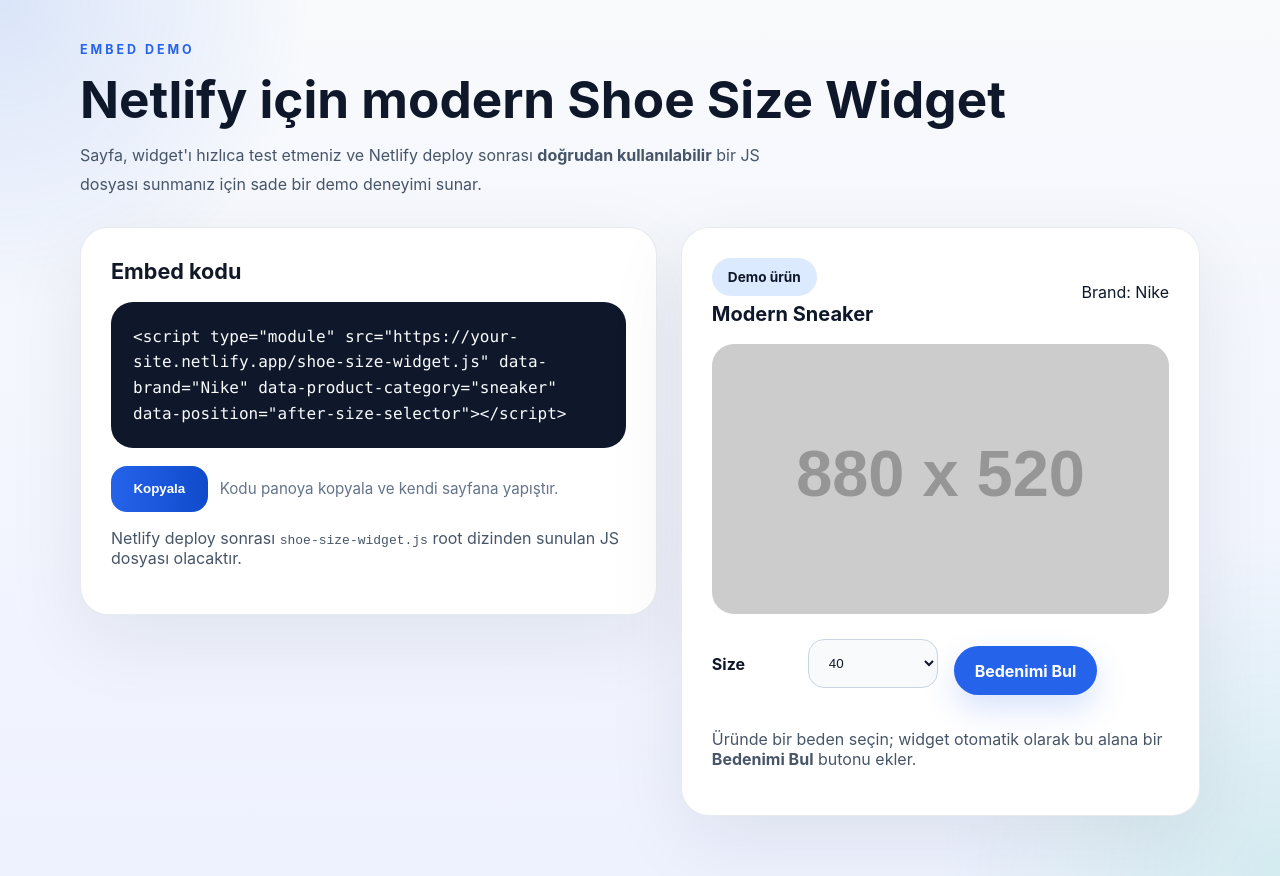
Repository: h-kod/sizeselect
Page: /
These files come from the project's save history. The page is drawn as it stood at one moment and after the next save; the edit follows.
The browser window is 1280 px wide. The pictures show the whole page.
The project was rebuilt for these pictures with package versions that can differ from the ones it lists, and the page was loaded fresh each time. Also part of the build but not shown: vite.config.ts.

Above is the page before, as saved 2026-06-07 05:17:52.

### index.html
<!doctype html>
<html lang="tr">
  <head>
    <meta charset="utf-8" />
    <meta name="viewport" content="width=device-width, initial-scale=1.0" />
    <title>Shoe Size Widget Demo</title>
    <style>
      :root {
        color-scheme: light;
        color: #0f172a;
        background: #f8fafc;
        font-family: Inter, ui-sans-serif, system-ui, -apple-system, BlinkMacSystemFont, "Segoe UI", sans-serif;
      }
      * {
        box-sizing: border-box;
      }
      html, body {
        margin: 0;
        min-height: 100vh;
        overflow-x: hidden;
      }
      body {
        background: radial-gradient(circle at top left, rgba(37,99,235,0.14), transparent 20%),
          radial-gradient(circle at bottom right, rgba(16,185,129,0.12), transparent 22%),
          linear-gradient(180deg, #f8fafc 0%, #eef2ff 100%);
      }
      main {
        max-width: 1160px;
        margin: 0 auto;
        padding: 42px 20px 60px;
      }
      .hero-headline {
        display: grid;
        gap: 16px;
        margin-bottom: 28px;
      }
      .eyebrow {
        display: inline-flex;
        align-items: center;
        gap: 0.45rem;
        color: #2563eb;
        font-size: 0.78rem;
        font-weight: 700;
        letter-spacing: 0.24em;
        text-transform: uppercase;
      }
      h1 {
        margin: 0;
        font-size: clamp(2.6rem, 4vw, 3.8rem);
        line-height: 1.02;
      }
      .lede {
        margin: 0;
        max-width: 46rem;
        color: #475569;
        font-size: 1rem;
        line-height: 1.8;
      }
      .grid-2 {
        display: grid;
        gap: 24px;
        min-width: 0;
      }
      .card {
        background: #ffffff;
        border: 1px solid rgba(148, 163, 184, 0.22);
        border-radius: 28px;
        box-shadow: 0 24px 80px rgba(15, 23, 42, 0.08);
        padding: 30px;
        min-width: 0;
      }
      .card h2 {
        margin-top: 0;
        margin-bottom: 18px;
        font-size: 1.35rem;
        color: #111827;
      }
      .code-block {
        margin: 0;
        padding: 22px;
        border-radius: 22px;
        background: #0f172a;
        color: #f8fafc;
        font-family: ui-monospace, SFMono-Regular, Menlo, Monaco, Consolas, "Liberation Mono", "Courier New", monospace;
        line-height: 1.6;
        white-space: pre-wrap;
        word-break: break-word;
      }
      .card-actions {
        margin-top: 18px;
        display: flex;
        flex-wrap: wrap;
        gap: 12px;
        align-items: center;
      }
      .copy-button {
        border: none;
        border-radius: 16px;
        padding: 0.95rem 1.4rem;
        background: linear-gradient(90deg, #2563eb, #0f4bcb);
        color: #fff;
        cursor: pointer;
        font-weight: 700;
        transition: transform .16s ease, filter .16s ease;
      }
      .copy-button:hover {
        transform: translateY(-1px);
        filter: brightness(1.05);
      }
      .copy-note {
        color: #64748b;
        font-size: 0.95rem;
      }
      .product-panel {
        display: grid;
        gap: 18px;
        min-width: 0;
      }
      .product-meta {
        display: flex;
        flex-wrap: wrap;
        justify-content: space-between;
        align-items: center;
        gap: 14px;
        min-width: 0;
      }
      .tag {
        display: inline-flex;
        padding: 0.7rem 1rem;
        border-radius: 999px;
        color: #0f172a;
        background: #dbeafe;
        font-size: 0.85rem;
        font-weight: 700;
      }
      .product-meta strong {
        display: block;
        margin-top: 6px;
        font-size: 1.25rem;
      }
      .product-panel img {
        width: 100%;
        border-radius: 22px;
        min-height: 230px;
        object-fit: cover;
      }
      .control-row {
        display: flex;
        flex-wrap: wrap;
        gap: 16px;
        align-items: center;
      }
      .control-row label {
        font-weight: 700;
        min-width: 80px;
      }
      .control-row select {
        min-width: 130px;
        padding: 0.95rem 1rem;
        border-radius: 16px;
        border: 1px solid #cbd5e1;
        background: #f8fafc;
        color: #0f172a;
      }
      .note {
        margin-top: 16px;
        color: #475569;
      }
      @media (min-width: 960px) {
        .grid-2 {
          grid-template-columns: 1fr 0.9fr;
          align-items: start;
        }
      }
      @media (max-width: 780px) {
        main {
          padding: 30px 16px 40px;
        }
        .grid-2 {
          grid-template-columns: 1fr;
        }
      }
      @media (max-width: 520px) {
        .card {
          padding: 24px;
        }
        .copy-button {
          width: 100%;
          justify-content: center;
        }
      }
    </style>
  </head>
  <body>
    <main>
      <section class="hero-headline">
        <span class="eyebrow">Embed demo</span>
        <h1>Netlify için modern Shoe Size Widget</h1>
        <p class="lede">Sayfa, widget'ı hızlıca test etmeniz ve Netlify deploy sonrası <strong>doğrudan kullanılabilir</strong> bir JS dosyası sunmanız için sade bir demo deneyimi sunar.</p>
      </section>

      <section class="grid-2">
        <article class="card">
          <h2>Embed kodu</h2>
          <pre class="code-block" id="embed-snippet">&lt;script type="module" src="https://your-site.netlify.app/shoe-size-widget.js" data-brand="Nike" data-product-category="sneaker" data-position="after-size-selector"&gt;&lt;/script&gt;</pre>
          <div class="card-actions">
            <button class="copy-button" id="copy-snippet">Kopyala</button>
            <span class="copy-note">Kodu panoya kopyala ve kendi sayfana yapıştır.</span>
          </div>
          <p class="note">Netlify deploy sonrası <code>shoe-size-widget.js</code> root dizinden sunulan JS dosyası olacaktır.</p>
        </article>

        <article class="card product-panel">
          <div class="product-meta">
            <div>
              <span class="tag">Demo ürün</span>
              <strong>Modern Sneaker</strong>
            </div>
            <span>Brand: Nike</span>
          </div>
          <img src="https://via.placeholder.com/880x520?text=Modern+Sneaker" alt="Modern Sneaker" />
          <div class="control-row">
            <label for="size-select">Size</label>
            <select id="size-select" name="size">
              <option>40</option>
              <option>41</option>
              <option>42</option>
              <option>42.5</option>
              <option>43</option>
              <option>44</option>
            </select>
          </div>
          <p class="note">Üründe bir beden seçin; widget otomatik olarak bu alana bir <strong>Bedenimi Bul</strong> butonu ekler.</p>
        </article>
      </section>
    </main>

    <script>
      const copyButton = document.getElementById('copy-snippet');
      const snippet = document.getElementById('embed-snippet');
      copyButton?.addEventListener('click', () => {
        const text = snippet?.textContent?.trim();
        if (!text) return;
        navigator.clipboard.writeText(text).then(() => {
          copyButton.textContent = 'Kopyalandı';
          setTimeout(() => { copyButton.textContent = 'Kopyala'; }, 1400);
        });
      });
    </script>

    <script type="module" src="/src/widget/embed.ts" data-brand="Nike" data-product-category="sneaker" data-position="after-size-selector"></script>
  </body>
</html>

### src/widget/embed.ts
import React from 'react'
import { createRoot } from 'react-dom/client'
import ShoeSizeWidget from './ShoeSizeWidget'
import cssText from '../styles/widget.css?inline'

function injectIntoShadow(rootEl:HTMLElement, brand:string){
  const host = document.createElement('div')
  const shadow = host.attachShadow({mode:'open'})
  const style = document.createElement('style')
  style.textContent = cssText
  shadow.appendChild(style)
  const mount = document.createElement('div')
  shadow.appendChild(mount)
  rootEl.appendChild(host)
  const r = createRoot(mount)
  r.render(React.createElement(ShoeSizeWidget,{targetBrand:brand}))
}

function findInsertTarget(position:string){
  if(position === 'after-size-selector'){
    const sel = document.querySelector('select[name*="size"], select[id*="size"], select')
    if(sel && sel.parentElement) return sel.parentElement
  }
  return document.body
}

function init(){
  const script = document.currentScript as HTMLScriptElement | null
  const brand = script?.dataset.brand || 'Nike'
  const pos = script?.dataset.position || 'after-size-selector'
  const target = findInsertTarget(pos)
  if(!target) return
  // create small link if there's no obvious size area
  const wrapper = document.createElement('div')
  wrapper.style.display = 'inline-flex'
  wrapper.style.alignItems = 'center'
  wrapper.style.justifyContent = 'center'
  wrapper.style.marginTop = '14px'
  const link = document.createElement('a')
  link.textContent = 'Bedenimi Bul'
  link.href = '#'
  link.className = 'ssw-open-link'
  link.setAttribute('role','button')
  link.style.cssText = 'display:inline-flex;align-items:center;justify-content:center;padding:0.9rem 1.3rem;border-radius:999px;background:#2563eb;color:#fff;text-decoration:none;font-weight:700;box-shadow:0 14px 32px rgba(37,99,235,0.18);transition:transform .16s ease,filter .16s ease;'
  link.onmouseover = ()=>{ link.style.transform = 'translateY(-1px)'; link.style.filter = 'brightness(1.05)' }
  link.onmouseout = ()=>{ link.style.transform = 'none'; link.style.filter = 'none' }
  link.onclick = (e)=>{ e.preventDefault(); injectIntoShadow(wrapper, brand); document.querySelector('.ssw-open-link')?.remove() }
  wrapper.appendChild(link)
  target.appendChild(wrapper)
}

init()

### src/widget/ShoeSizeWidget.tsx
import React, { useEffect, useMemo, useState } from 'react'
import Drawer from './drawer'
import BrandSelector from '../components/BrandSelector'
import SizeSelector from '../components/SizeSelector'
import FitPreference from '../components/FitPreference'
import ResultCard from '../components/ResultCard'
import FootMeasureForm from '../components/FootMeasureForm'
import { toCm, findNearestSizeByCm, applyFitPreference } from '../utils/sizeConverter'
import { brandSizeProfiles } from '../data/brandSizeProfiles'
import { brandMeta } from '../data/brandMeta'
import { trySelectSize } from '../utils/domIntegration'

const SIZE_OPTIONS = {
  EU: ['40','41','42','42.5','43','44'],
  US: ['7','8','8.5','9','9.5','10'],
  UK: ['6','7','8','9','10'],
  CM: ['25.5','26','26.5','27','27.5']
}
const TARGET_BRANDS = ['Nike','Adidas','Puma','New Balance'] as const

export default function ShoeSizeWidget({targetBrand}:{targetBrand:string}){
  const [open,setOpen] = useState(true)
  const [fromBrand,setFromBrand] = useState('Adidas')
  const [system,setSystem] = useState<'EU'|'US'|'UK'|'CM'>('EU')
  const [value,setValue] = useState('42')
  const [fit,setFit] = useState('normal')
  const [measuredCm,setMeasuredCm] = useState<number|undefined>()
  const [selectedTargetBrand,setSelectedTargetBrand] = useState(targetBrand)
  const profile = (brandSizeProfiles as any)[selectedTargetBrand]

  useEffect(()=>{
    const stored = window.localStorage.getItem('shoe-size-widget')
    if(stored){
      try{
        const parsed = JSON.parse(stored)
        setFromBrand(parsed.fromBrand || 'Adidas')
        setSystem(parsed.system || 'EU')
        setValue(parsed.value || '42')
        setFit(parsed.fit || 'normal')
        setSelectedTargetBrand(parsed.targetBrand || selectedTargetBrand)
      }catch{}
    }
  }, [])

  useEffect(()=>{
    window.localStorage.setItem('shoe-size-widget', JSON.stringify({fromBrand,system,value,fit,targetBrand:selectedTargetBrand}))
  }, [fromBrand,system,value,fit,selectedTargetBrand])

  useEffect(()=>{ console.log('event','widget_opened') },[])

  const result = useMemo(()=>{
    let cm:number| null = null
    if(measuredCm) cm = measuredCm
    else cm = toCm(fromBrand, Number(value), system)
    if(!cm) return null
    const nearest = findNearestSizeByCm(selectedTargetBrand, cm)
    if(!nearest) return null
    let eu = nearest.eu + ((profile?.offsetFromStandard)||0)
    eu = applyFitPreference(eu, fit)
    const alt = eu - 0.5
    const confidence = measuredCm ? 92 : 80
    return {
      summary: `${fromBrand} ${system} ${value} giyiyorsan, ${selectedTargetBrand} için önerilen numaran:`,
      recommended: `EU ${eu}`,
      alternative: `EU ${alt}`,
      fitNote: profile?.fitNote,
      confidence
    }
  },[fromBrand,system,value,fit,measuredCm,selectedTargetBrand,profile])

  const [showMeasure, setShowMeasure] = useState(false)

  const apply = ()=>{
    if(!result) return
    const normalized = result.recommended.replace('EU ','').trim()
    const ok = trySelectSize(normalized)
    console.log('event','size_selected',{ok,recommended:result.recommended})
    if(!ok) alert(`Bu ürün için önerilen bedenin: ${result.recommended}`)
  }

  return (
    <div>
      <Drawer open={open} onClose={()=>{setOpen(false); console.log('event','widget_closed')}}>
        <div className="ssw-stepper">
          <span className="ssw-step active">Marka</span>
          <span className="ssw-step">Beden</span>
          <span className="ssw-step">Fit</span>
        </div>

        <div className="ssw-section">
          <label className="ssw-label">Hedef marka</label>
          <div className="ssw-chip" style={{marginBottom:12}}>{selectedTargetBrand}</div>
          <p className="ssw-section-note">Bu üründe geçerli olan hedef marka üzerinden öneri hesaplanıyor.</p>
        </div>

        <div className="ssw-section">
          <BrandSelector value={fromBrand} onChange={setFromBrand} />
        </div>

        <div className="ssw-section">
          <label className="ssw-label">Beden sistemin</label>
          <div className="ssw-pill-group" style={{marginBottom:12}}>
            {(['EU','US','UK','CM'] as const).map(mode => (
              <button key={mode} type="button" className={`ssw-pill ${system===mode? 'active':''}`} onClick={()=>setSystem(mode)}>{mode}</button>
            ))}
          </div>
          <SizeSelector system={system} options={SIZE_OPTIONS[system]} value={value} onChange={setValue} />
        </div>

        <FitPreference value={fit} onChange={setFit} />

        <div className="ssw-section" style={{display:'flex',justifyContent:'space-between',alignItems:'center',gap:12}}>
          <p className="ssw-label" style={{margin:0}}>Ayağımı ölçerek daha doğrusu</p>
          <button type="button" className="ssw-secondary" onClick={()=>setShowMeasure(prev=>!prev)}>{showMeasure ? 'Kapat' : 'Aç'}</button>
        </div>
        {showMeasure && <FootMeasureForm onMeasure={(cm)=>{ setMeasuredCm(cm); console.log('event','size_calculated') }} />}

        {result && (
          <div className="ssw-section">
            <div className="ssw-description">{result.summary}</div>
            <ResultCard recommended={result.recommended} alternative={result.alternative} fitNote={result.fitNote} confidence={result.confidence} />
          </div>
        )}

        <div className="ssw-section" style={{marginTop:16}}>
          <button className="ssw-button" onClick={apply}>Bu bedeni seç</button>
        </div>
      </Drawer>
    </div>
  )
}

### src/components/BrandSelector.tsx
import React from 'react'
import { brandMeta } from '../data/brandMeta'

const BRANDS = Object.keys(brandMeta) as Array<keyof typeof brandMeta>

export default function BrandSelector({value,onChange}:{value:string,onChange:(v:string)=>void}){
  return (
    <div className="ssw-section">
      <label className="ssw-label">Daha önce hangi markayı giydin?</label>
      <div className="ssw-brand-grid">
        {BRANDS.map(b => {
          const meta = brandMeta[b]
          return (
            <button key={b} type="button" className={`ssw-brand-card ${value===b? 'active':''}`} onClick={()=>onChange(b)}>
              <span className="ssw-brand-avatar" style={{backgroundColor:meta.color}}>{meta.label}</span>
              <span>
                <strong>{meta.display}</strong>
                <small>{meta.caption}</small>
              </span>
            </button>
          )
        })}
      </div>
    </div>
  )
}

### src/components/SizeSelector.tsx
import React from 'react'

export default function SizeSelector({system,options,value,onChange}:{system:string,options:number[]|string[],value:string,onChange:(v:string)=>void}){
  return (
    <div className="ssw-section">
      <label className="ssw-label">Mevcut numaran</label>
      <div className="ssw-chip">{system}</div>
      <select className="ssw-select" value={value} onChange={e=>onChange(e.target.value)}>
        {options.map(o=> <option key={String(o)} value={String(o)}>{String(o)}</option>)}
      </select>
    </div>
  )
}

### src/components/FitPreference.tsx
import React from 'react'

export default function FitPreference({value,onChange}:{value:string,onChange:(v:string)=>void}){
  const opts = [{k:'dar',t:'Dar seviyorum'},{k:'normal',t:'Tam otursun'},{k:'rahat',t:'Rahat olsun'},{k:'tarakli',t:'Ayağım taraklı'}]
  return (
    <div className="ssw-section">
      <label className="ssw-label">Fit tercihin</label>
      <div className="ssw-pill-group">
        {opts.map(o=> (
          <button key={o.k} type="button" className={`ssw-pill ${value===o.k? 'active':''}`} onClick={()=>onChange(o.k)}>{o.t}</button>
        ))}
      </div>
    </div>
  )
}

### src/components/FootMeasureForm.tsx
import React, { useState } from 'react'

export default function FootMeasureForm({onMeasure}:{onMeasure:(cm:number)=>void}){
  const [val,setVal] = useState('26.5')
  return (
    <div className="ssw-section">
      <label className="ssw-label">Ayağını CM olarak gir</label>
      <div className="ssw-tile">
        <div style={{display:'flex',gap:12,flexWrap:'wrap',alignItems:'center'}}>
          <input
            className="ssw-input"
            type="number"
            min="18"
            max="35"
            step="0.5"
            value={val}
            onChange={e=>setVal(e.target.value)}
            placeholder="26.5"
          />
          <span style={{fontWeight:700,color:'#334155'}}>cm</span>
          <button type="button" className="ssw-button" onClick={()=>onMeasure(Number(val))}>Hesapla</button>
        </div>
        <p className="ssw-section-note">Topuğunu duvara yasla, en uzun parmağa kadar ölç. Sonra değeri gir.</p>
      </div>
    </div>
  )
}

### src/data/brandSizeProfiles.ts
export const brandSizeProfiles = {
  Nike: {
    fitNote: 'Genellikle dar/standart kalıp. Bazı modellerde yarım numara büyük tercih edilebilir.',
    offsetFromStandard: 0.5,
    sizes: [
      { eu: 40, us_m: 7, uk_m: 6, cm: 25 },
      { eu: 41, us_m: 8, uk_m: 7, cm: 26 },
      { eu: 42, us_m: 8.5, uk_m: 7.5, cm: 26.5 },
      { eu: 42.5, us_m: 9, uk_m: 8, cm: 27 },
      { eu: 43, us_m: 9.5, uk_m: 8.5, cm: 27.5 }
    ]
  },
  Adidas: {
    fitNote: 'Genellikle standart kalıp. Nike’a göre bazı modellerde biraz daha geniş hissedilebilir.',
    offsetFromStandard: 0,
    sizes: [
      { eu: 40, us_m: 7, uk_m: 6, cm: 25.2 },
      { eu: 41, us_m: 8, uk_m: 7, cm: 26.1 },
      { eu: 42, us_m: 8.5, uk_m: 7.5, cm: 26.6 },
      { eu: 42.5, us_m: 9, uk_m: 8, cm: 27.1 },
      { eu: 43, us_m: 9.5, uk_m: 8.5, cm: 27.6 }
    ]
  }
} as const

### src/data/brandMeta.ts
export const brandMeta = {
  Nike: { label: 'NI', display: 'Nike', color: '#111111', caption: 'Hafif dar kalıp' },
  Adidas: { label: 'AD', display: 'Adidas', color: '#000000', caption: 'Standart kalıp' },
  Puma: { label: 'PU', display: 'Puma', color: '#d62828', caption: 'Sportif ve sıkı' },
  'New Balance': { label: 'NB', display: 'New Balance', color: '#1f2937', caption: 'Rahat günlük kullanıma' },
  Converse: { label: 'CV', display: 'Converse', color: '#0f172a', caption: 'Klasik sneaker uyumu' },
  Vans: { label: 'VA', display: 'Vans', color: '#111827', caption: 'Kaykaycı tarzı' },
  Reebok: { label: 'RB', display: 'Reebok', color: '#0f766e', caption: 'Aktif spor kalıbı' },
  Skechers: { label: 'SK', display: 'Skechers', color: '#334155', caption: 'Konfor odaklı' }
} as const

Loaded but not shown: src/styles/widget.css (57 lines, source omitted); src/utils/domIntegration.ts (53 lines, source omitted); src/utils/sizeConverter.ts (45 lines, source omitted); src/widget/drawer.tsx (27 lines, source omitted); src/components/ResultCard.tsx (30 lines, source omitted)

After the next save:
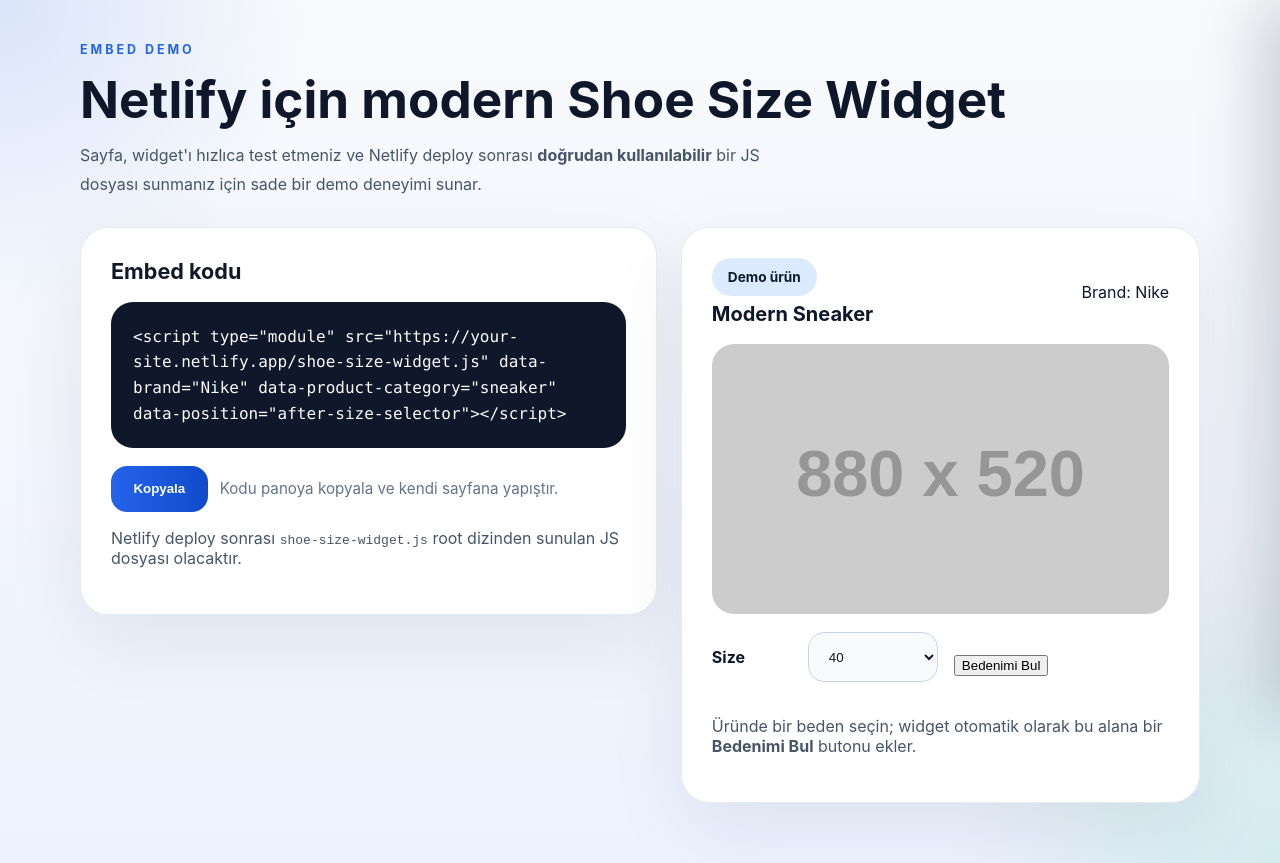
Saved 2 min 28 s later.
--- a/src/widget/embed.ts
+++ b/src/widget/embed.ts
@@ -5,6 +5,8 @@ import cssText from '../styles/widget.css?inline'
 
 function injectIntoShadow(rootEl:HTMLElement, brand:string){
   const host = document.createElement('div')
+  host.style.display = 'inline-flex'
+  host.style.marginTop = '14px'
   const shadow = host.attachShadow({mode:'open'})
   const style = document.createElement('style')
   style.textContent = cssText
@@ -30,23 +32,7 @@ function init(){
   const pos = script?.dataset.position || 'after-size-selector'
   const target = findInsertTarget(pos)
   if(!target) return
-  // create small link if there's no obvious size area
-  const wrapper = document.createElement('div')
-  wrapper.style.display = 'inline-flex'
-  wrapper.style.alignItems = 'center'
-  wrapper.style.justifyContent = 'center'
-  wrapper.style.marginTop = '14px'
-  const link = document.createElement('a')
-  link.textContent = 'Bedenimi Bul'
-  link.href = '#'
-  link.className = 'ssw-open-link'
-  link.setAttribute('role','button')
-  link.style.cssText = 'display:inline-flex;align-items:center;justify-content:center;padding:0.9rem 1.3rem;border-radius:999px;background:#2563eb;color:#fff;text-decoration:none;font-weight:700;box-shadow:0 14px 32px rgba(37,99,235,0.18);transition:transform .16s ease,filter .16s ease;'
-  link.onmouseover = ()=>{ link.style.transform = 'translateY(-1px)'; link.style.filter = 'brightness(1.05)' }
-  link.onmouseout = ()=>{ link.style.transform = 'none'; link.style.filter = 'none' }
-  link.onclick = (e)=>{ e.preventDefault(); injectIntoShadow(wrapper, brand); document.querySelector('.ssw-open-link')?.remove() }
-  wrapper.appendChild(link)
-  target.appendChild(wrapper)
+  injectIntoShadow(target, brand)
 }
 
 init()
--- a/src/widget/ShoeSizeWidget.tsx
+++ b/src/widget/ShoeSizeWidget.tsx
@@ -19,7 +19,7 @@ const SIZE_OPTIONS = {
 const TARGET_BRANDS = ['Nike','Adidas','Puma','New Balance'] as const
 
 export default function ShoeSizeWidget({targetBrand}:{targetBrand:string}){
-  const [open,setOpen] = useState(true)
+  const [open,setOpen] = useState(false)
   const [fromBrand,setFromBrand] = useState('Adidas')
   const [system,setSystem] = useState<'EU'|'US'|'UK'|'CM'>('EU')
   const [value,setValue] = useState('42')
@@ -79,7 +79,14 @@ export default function ShoeSizeWidget({targetBrand}:{targetBrand:string}){
   }
 
   return (
-    <div>
+    <div className="ssw-widget">
+      {!open && (
+        <div className="ssw-trigger-container">
+          <button type="button" className="ssw-trigger" onClick={()=>{setOpen(true); console.log('event','widget_opened')}}>
+            Bedenimi Bul
+          </button>
+        </div>
+      )}
       <Drawer open={open} onClose={()=>{setOpen(false); console.log('event','widget_closed')}}>
         <div className="ssw-stepper">
           <span className="ssw-step active">Marka</span>
